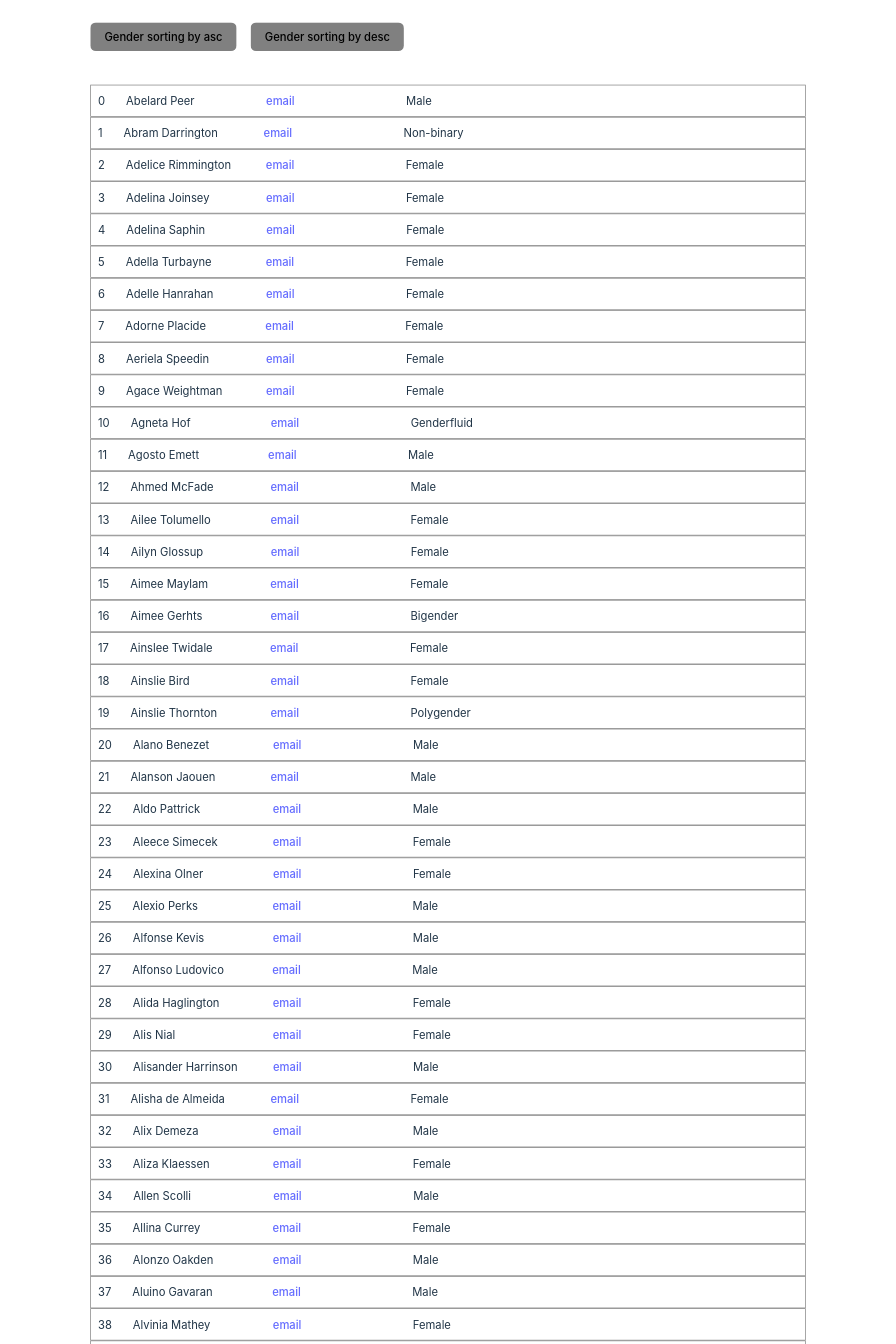
Repository: Kainar9292/sorting
Page: /
The author's editor kept a copy of each file at every save. The page is drawn from the files as they stood at one save, then again after the next save.
The browser window is 1280 px wide. The pictures show the part of the page from y = 0 to 1920 px (the page is 46153 px tall), at 70% of full size.
The project was rebuilt for these pictures with package versions that can differ from the ones it lists, and the page was loaded fresh each time. Also part of the build but not shown: vite.config.js.

Above is the page before, as saved 2022-10-29 15:23:54.

After the next save:
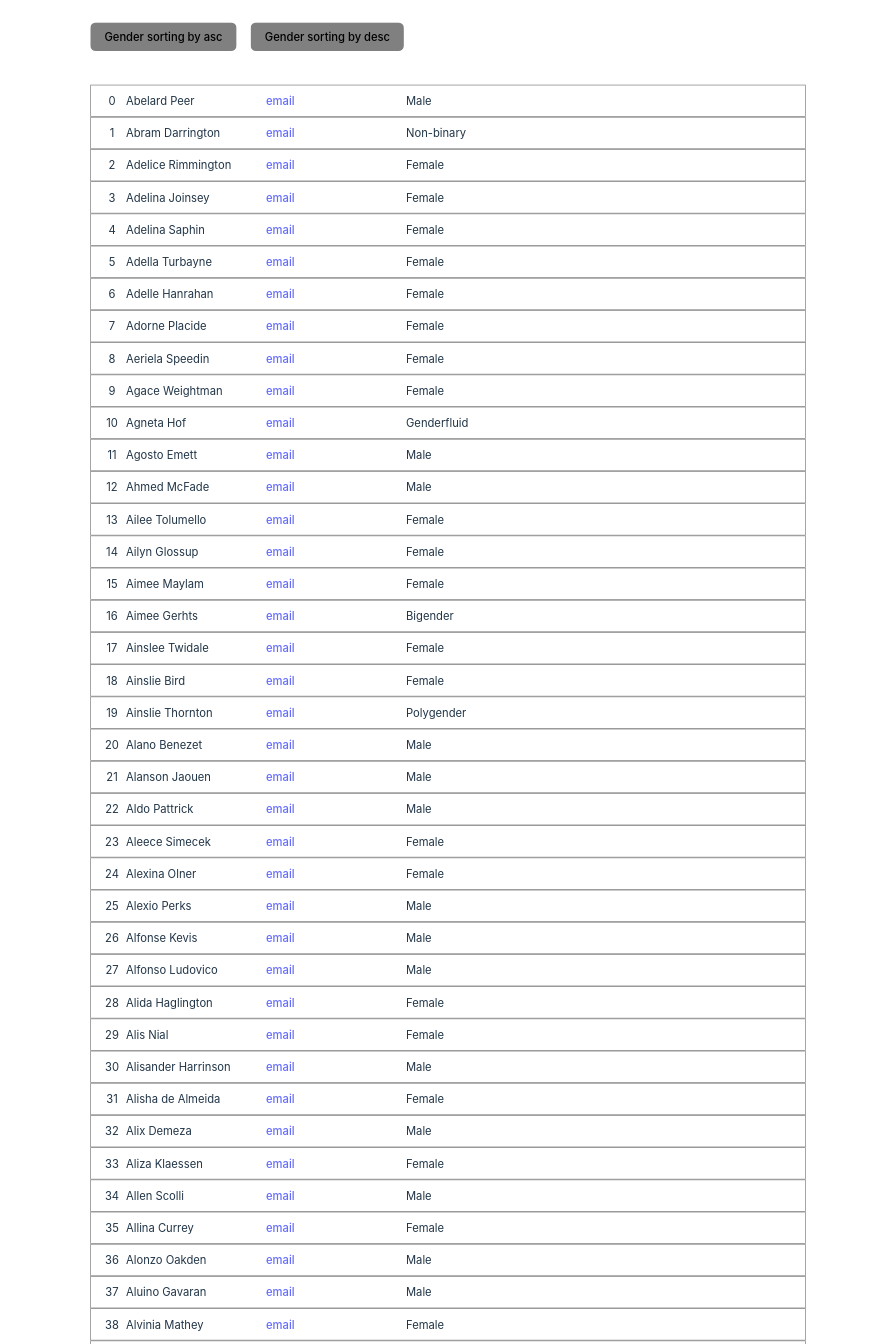
Saved 30 s later.
--- a/src/style.css
+++ b/src/style.css
@@ -103,7 +103,7 @@ button:focus-visible {
 }
 
 .users_index {
-  margin-right: 30px;
+  flex-basis: 40px;
 }
 
 .users_item-name {
